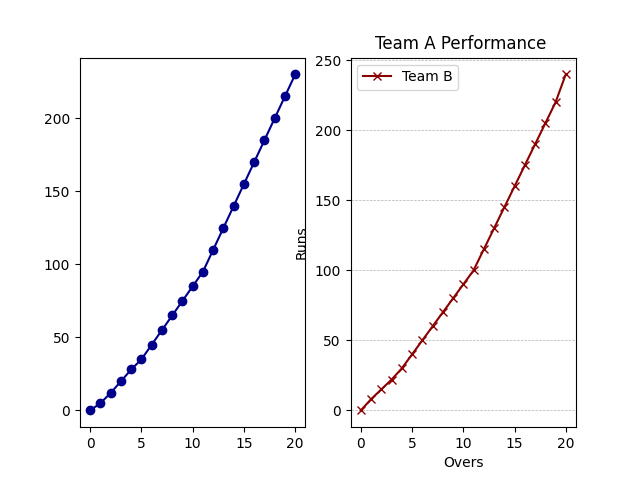
Repository: medenitunc/August-25-leanrning-Pyhton
Script's output: python Day02_05_Dv2.py
The author's editor kept a copy of each file at every save. The script's output is drawn from the files as they stood at one save, then again after the next save.
Random numbers start from a fixed seed.

Above is the script's output before, as saved 2025-11-27 09:53:21.

### Day02_05_Dv2.py
import matplotlib.pyplot as plt
import numpy as np
import pandas as pd

# numpy - numerical python - library for numerical calculations

# xval = np.array([0,6,12])
# yval = np.array([0,25, 75])

# plt.plot(xval, yval, color='darkgreen', marker='o', linestyle='dotted')
# plt.xlabel('Overs')
# plt.ylabel('Runs')
# plt.title('Team A Performance ')
# plt.grid(axis='y', linestyle='--', linewidth=0.5)
# plt.legend()
# plt.show()


overs = np.array([0,1,2,3,4,5,6,7,8,9,10,11,12,13,14,15,16,17,18,19,20 ])
teamA_runs = np.array([0,5,12,20,28,35,45,55,65,75,85,95,110,125,140,155,170,185,200,215,230])
teamB_runs = np.array([0,8,15,22,30,40,50,60,70,80,90,100,115,130,145,160,175,190,205,220,240])

plt.subplot(1, 2, 1)
plt.plot(overs, teamA_runs, marker='o', label='Team A', color='darkblue')
plt.subplot(1, 2, 2)
plt.plot(overs, teamB_runs, marker='x', label='Team B', color='darkred')
plt.xlabel('Overs')
plt.ylabel('Runs')
plt.title('Team A Performance ')
plt.grid(axis='y', linestyle='--', linewidth=0.5)
plt.legend()
plt.show()

After the next save:
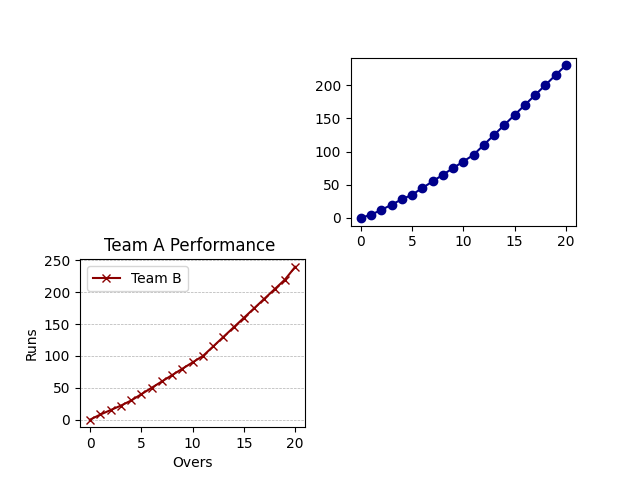
Saved 104 s later.
--- a/Day02_05_Dv2.py
+++ b/Day02_05_Dv2.py
@@ -20,9 +20,9 @@ overs = np.array([0,1,2,3,4,5,6,7,8,9,10,11,12,13,14,15,16,17,18,19,20 ])
 teamA_runs = np.array([0,5,12,20,28,35,45,55,65,75,85,95,110,125,140,155,170,185,200,215,230])
 teamB_runs = np.array([0,8,15,22,30,40,50,60,70,80,90,100,115,130,145,160,175,190,205,220,240])
 
-plt.subplot(1, 2, 1)
+plt.subplot(2, 2, 2)
 plt.plot(overs, teamA_runs, marker='o', label='Team A', color='darkblue')
-plt.subplot(1, 2, 2)
+plt.subplot(2, 2, 3)
 plt.plot(overs, teamB_runs, marker='x', label='Team B', color='darkred')
 plt.xlabel('Overs')
 plt.ylabel('Runs')
